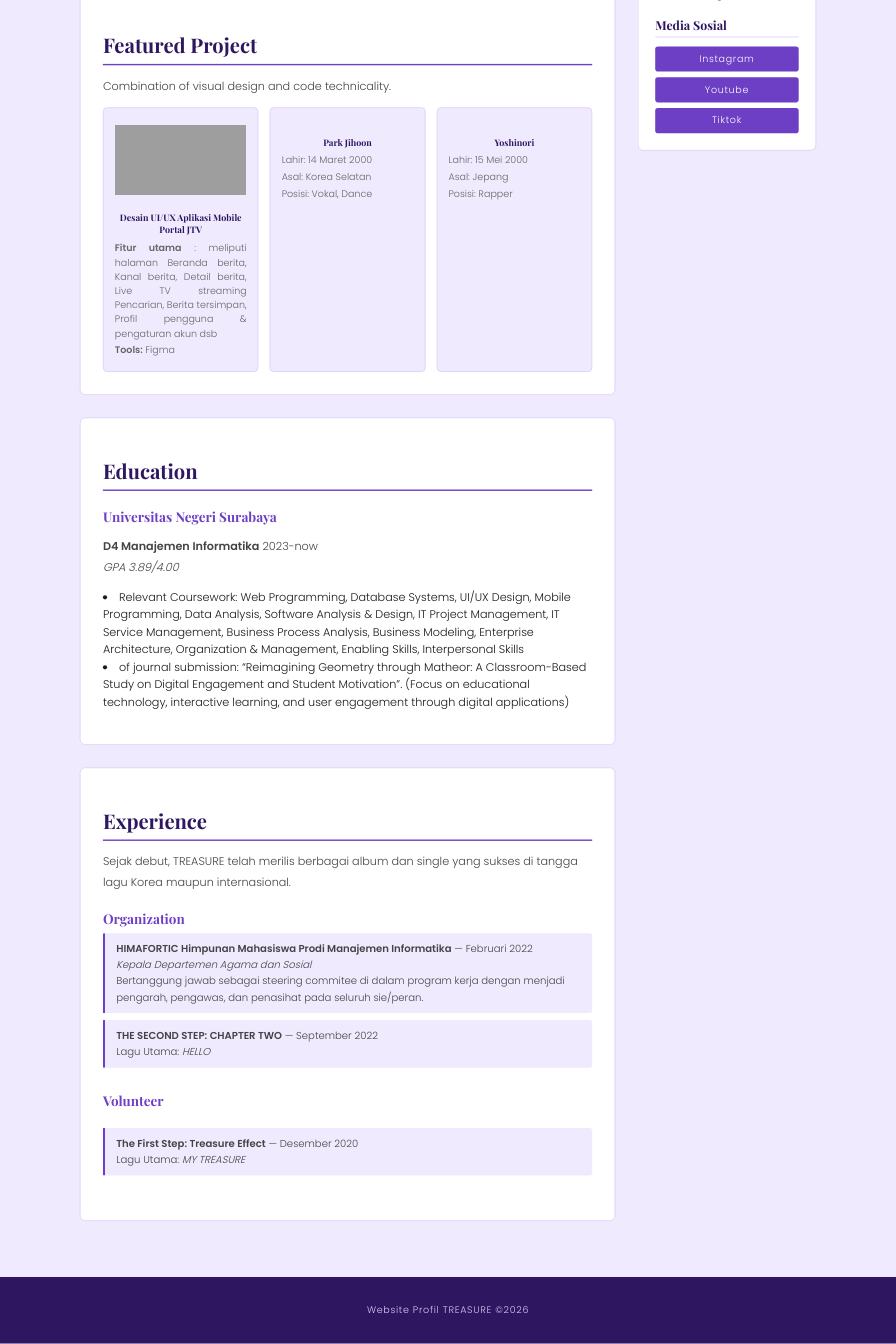
Repository: VergiMutiaRahmasyani/Website-Portofolio
Page: index.html
The author's editor kept a copy of each file at every save. The page is drawn from the files as they stood at one save, then again after a run of saves.
The browser window is 1280 px wide. The pictures show the part of the page from y = 845 to 2765 px (the page is 2765 px tall before and 2745 px after), at 70% of full size.
Pictures or frames that could not be fetched are drawn as grey boxes.

Above is the page before, as saved 2026-03-07 14:04:45.

After the next 3 saves:
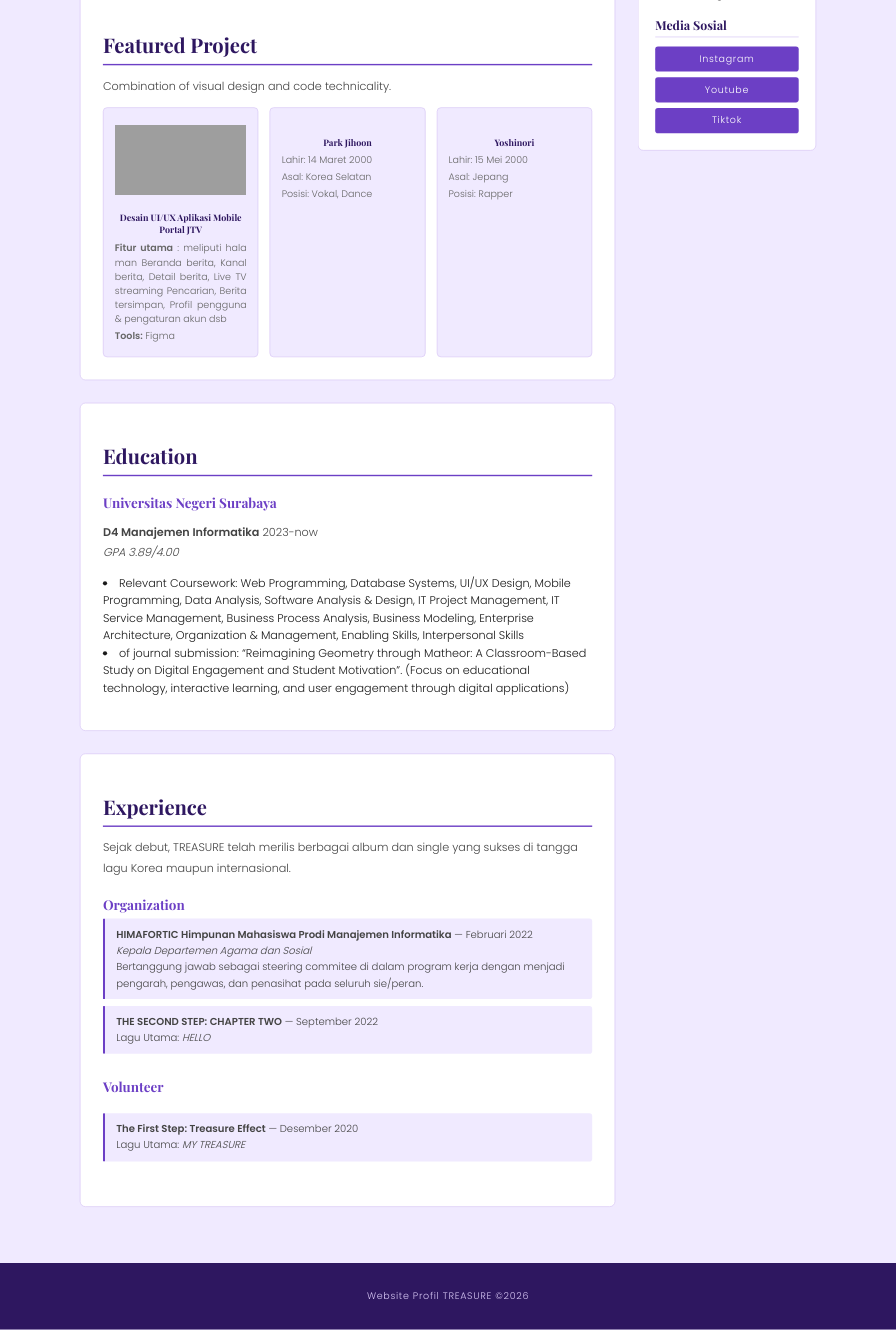
The 3 saves are shown as one change because they came seconds apart.
The last was saved 11 s later.
--- a/css/style.css
+++ b/css/style.css
@@ -228,7 +228,7 @@ article p {
     line-height: 1.5;
     text-align: justify;
     text-justify: inter-word;
-    word-break:;
+    word-break: break-all;
 }
 
 
